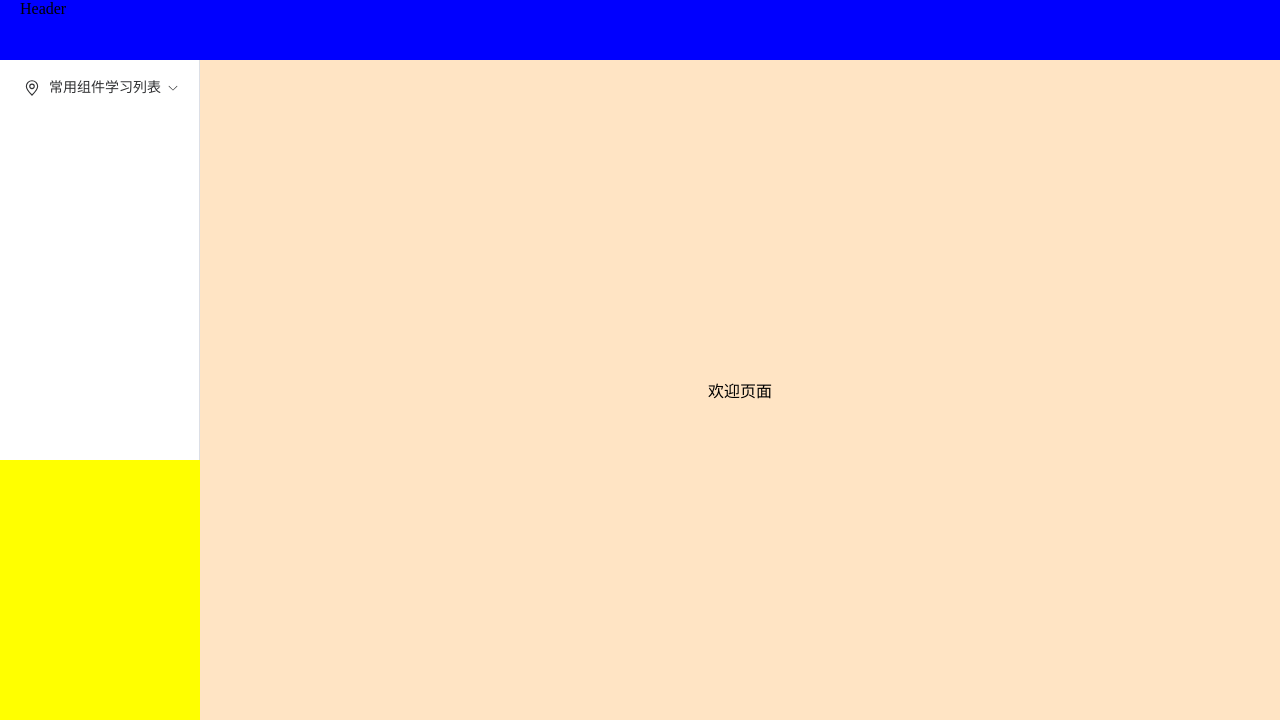
Repository: 553559555/vue3-project
Page: /#/index (app in vue3-app/)
An editor plug-in stored every save of this project. The page is shown before and after the next save, followed by the edit.
The browser window is 1280 px wide. The pictures show the whole page.
The project was rebuilt for these pictures with package versions that can differ from the ones it lists, and the page was loaded fresh each time. Also part of the build but not shown: vue3-app/vite.config.ts.

Above is the page before, as saved 2025-03-24 10:24:02.

### vue3-app/src/main.ts
import { createApp } from 'vue'
import ElementPlus from 'element-plus'
import 'element-plus/dist/index.css'
import router from './router'
import pinia from './stores'
import './style.css'
import App from './App.vue'

const app = createApp(App)
app.use(ElementPlus)
app.use(router)
app.use(pinia)

app.mount('#app')

### vue3-app/src/router/index.ts
import { createRouter, createWebHashHistory, createWebHistory } from 'vue-router'
import type { RouteRecordRaw } from 'vue-router'

const routes: Array<RouteRecordRaw> = [
  {
    path: '/',
    name: 'Login',
    component: () => import('../views/login.vue')
  },
  {
    path: '/index',
    name: 'index',
    component: () => import('../views/index.vue'),
    children: [
      {
        path: '',
        name: 'Home',
        component: () => import('../views/Home.vue')
      },
      {
        path: '/about',
        name: 'About',
        component: () => import('../views/About.vue')
      }
    ]
  }

]

const router = createRouter({
  history: createWebHashHistory(),
  routes
})

export default router

### vue3-app/src/stores/index.ts
import { createPinia } from 'pinia'

const pinia = createPinia()

export default pinia

### vue3-app/src/style.css
/* CSS 重置 */
* {
  margin: 0;
  padding: 0;
  box-sizing: border-box;
}

### vue3-app/src/App.vue
<script setup lang="ts">
import { RouterView } from 'vue-router'
</script>

<template>
    <router-view />
</template>

### vue3-app/src/views/index.vue
<template>
    <el-container class="container">
        <el-header>Header</el-header>
        <el-container>
            <el-aside width="200px">
                <home-left/>
            </el-aside>
            <el-main>
                <router-view>
                </router-view>
            </el-main>
        </el-container>
    </el-container>
</template>

<script setup>

import { RouterView } from 'vue-router'
import HomeLeft from './components/home-left.vue'

</script>



<style scoped lang="scss">

.container {
    width: 100vw;
    height: 100vh;

    .el-header {
        background-color: blue;
    }

    .el-container {
        background-color: aqua;

        .el-aside {
            background-color: yellow;
        }

        .el-main {
            background-color: bisque;
        }

    }

}

</style>

### vue3-app/src/views/Home.vue
<template>
  <div class="home-container">
    欢迎页面
  </div>
</template>

<script lang="ts" setup>

</script>

<style scoped lang="scss">
.home-container {
  width: 100%;
  height: 100%;
  display: flex;
  justify-content: center;
  align-items: center;
}

</style>

### vue3-app/src/views/components/home-left.vue
<template>
    <div class="home-left-container">
        <el-menu default-active="2" class="el-menu-vertical-demo" @open="handleOpen" @close="handleClose"
            @select="handleSelect">
            <el-sub-menu v-for="(items, index) in listData" :index="items.name" :key="index">
                <template #title>
                    <el-icon>
                        <location />
                    </el-icon>
                    <span>{{ items.name }}</span>
                </template>
                <el-menu-item v-for="(item, index) in items.children" :index="item.name" :key="index">
                    <el-icon>
                        <location />
                    </el-icon>
                    <span>{{ item.name }}</span>
                </el-menu-item>
            </el-sub-menu>
        </el-menu>
    </div>
</template>

<script setup>
import { Location } from "@element-plus/icons-vue";

import { reactive, ref } from "vue";
const listData = reactive([
    {
        name: "常用组件学习列表",
        children: [
            {
                name: 'button'
            },
            {
                name: 'input'
            }
        ],
    },
]);
const isCollapse = ref(true);
const handleOpen = (key, keyPath) => {
    console.log(key, keyPath);
};
const handleClose = (key, keyPath) => {
    console.log(key, keyPath);
};

const handleSelect = (key, keyPath) => {
    console.log(key, keyPath);
};
</script>

<style scoped lang="scss">
.home-left-container {
    height: 100%;
    width: 100%;

    .el-menu-vertical-demo:not(.el-menu--collapse) {
        width: 200px;
        min-height: 400px;
    }
}
</style>

Loaded but not shown: vue3-app/index.html (common file)

After the next save:
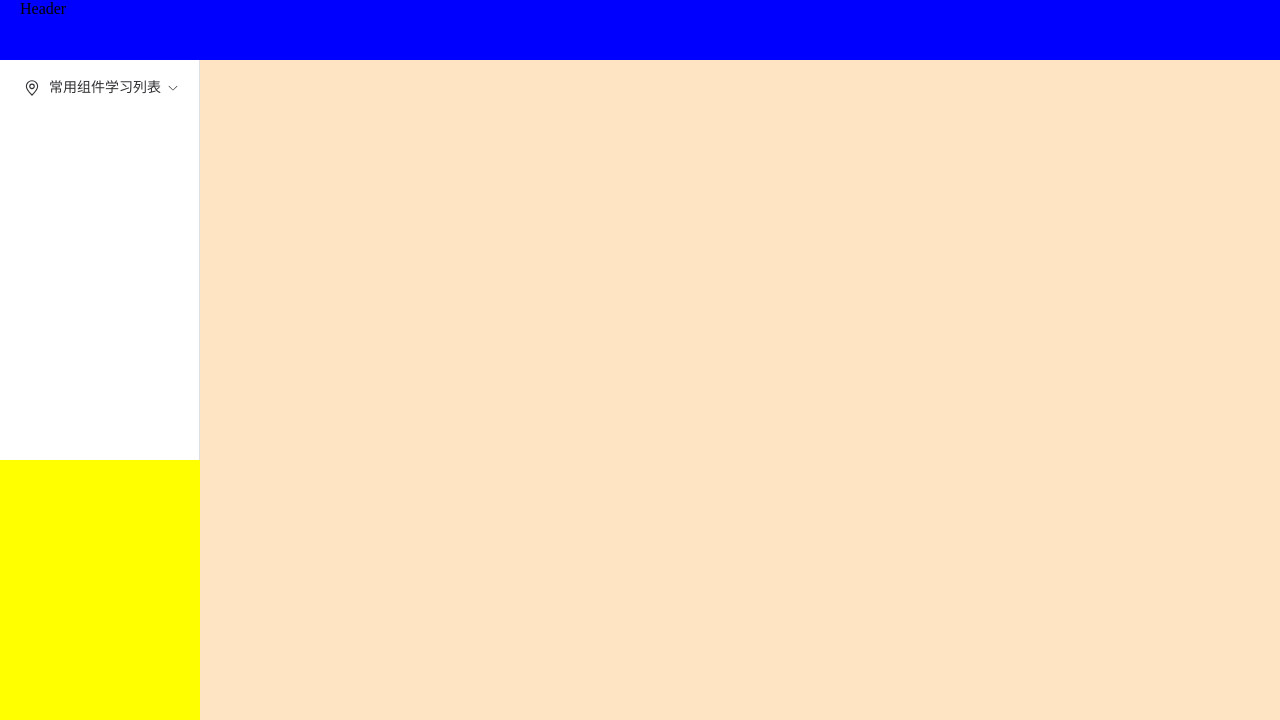
Saved 96 s later.
--- a/vue3-app/src/views/Home.vue
+++ b/vue3-app/src/views/Home.vue
@@ -1,6 +1,8 @@
 <template>
   <div class="home-container">
-    欢迎页面
+    <el-row>
+    <el-col :span="24"><div class="grid-content ep-bg-purple-dark" /></el-col>
+  </el-row>
   </div>
 </template>
 
